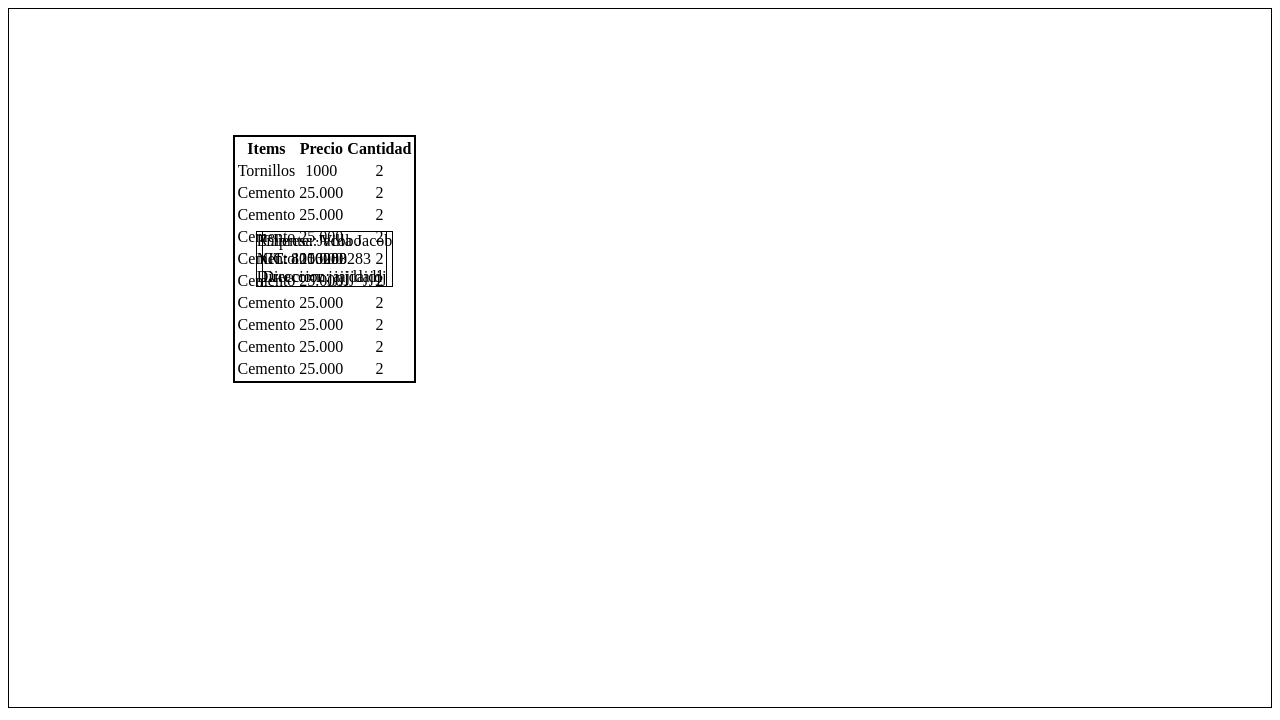
Repository: MrVanQish/FacturaEstructura
Page: index.html
An editor plug-in stored every save of this project. The page is shown before and after the next save, followed by the edit.
The browser window is 1280 px wide. The pictures show the whole page.

Above is the page before, as saved 2021-09-29 10:11:09.

After the next save:
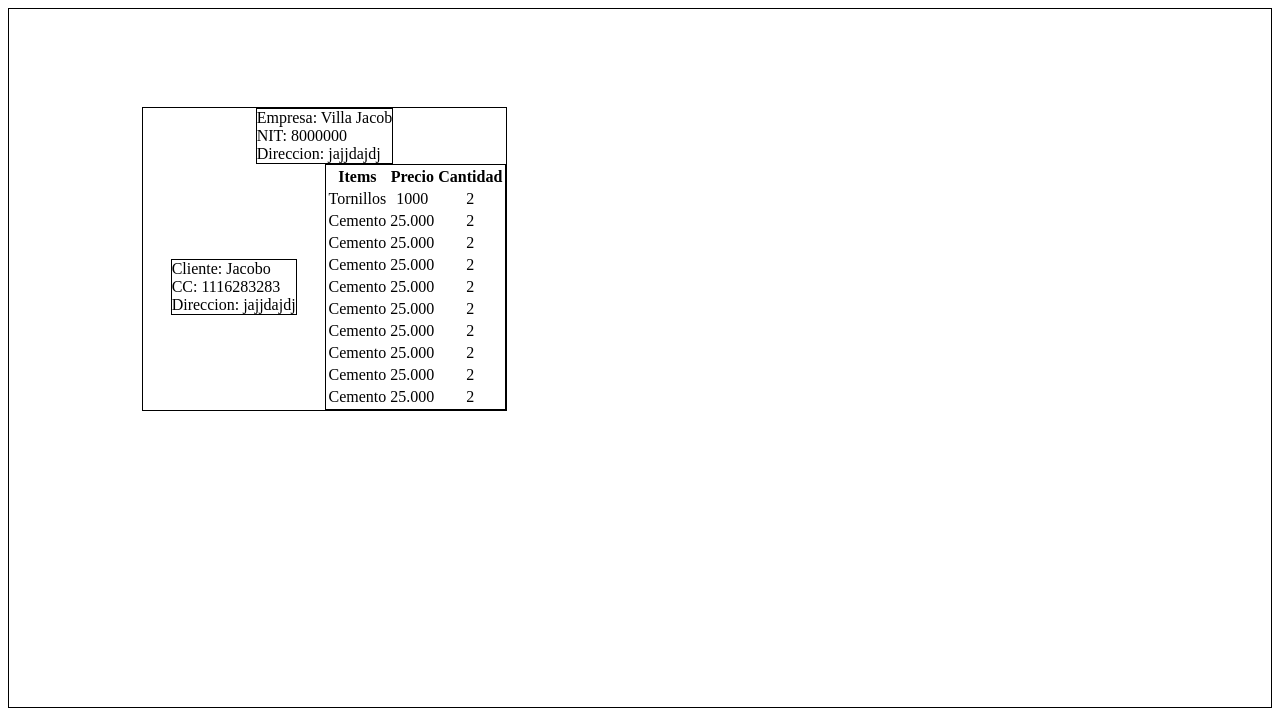
Saved 5 s later.
--- a/styles.css
+++ b/styles.css
@@ -19,10 +19,10 @@
     align-self: center;
     justify-self: center;
     border: 1px solid #000;
-    grid-template-columns: auto auto;
-    grid-template-rows: auto auto;
+    grid-template-columns: 1fr 1fr;
+    grid-template-rows: 1fr auto;
     grid-template-areas:
-      "infoEmpresa-f "
+      "infoEmpresa-f infoEmpresa-f"
       "infoCliente-f items-f" ;
   }
 

After the save that followed:
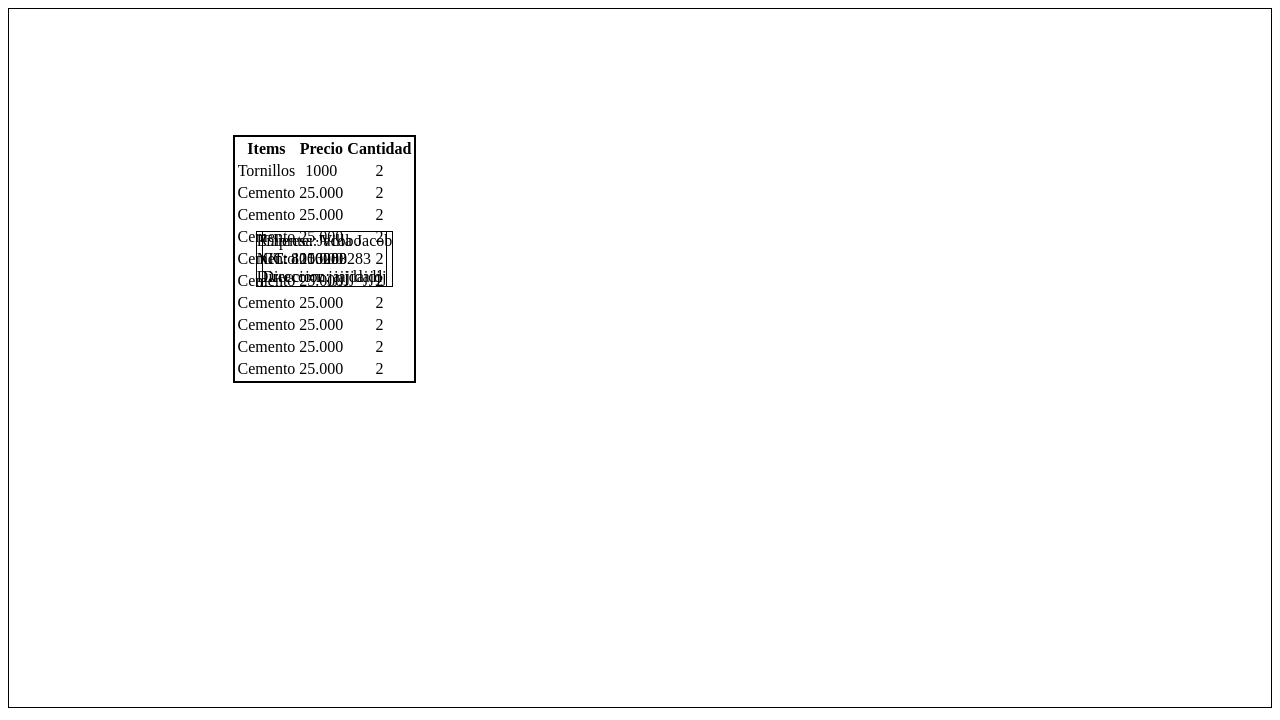
Saved 16 s later.
--- a/styles.css
+++ b/styles.css
@@ -23,7 +23,7 @@
     grid-template-rows: 1fr auto;
     grid-template-areas:
       "infoEmpresa-f infoEmpresa-f"
-      "infoCliente-f items-f" ;
+      "infoCliente-f " ;
   }
 
 
